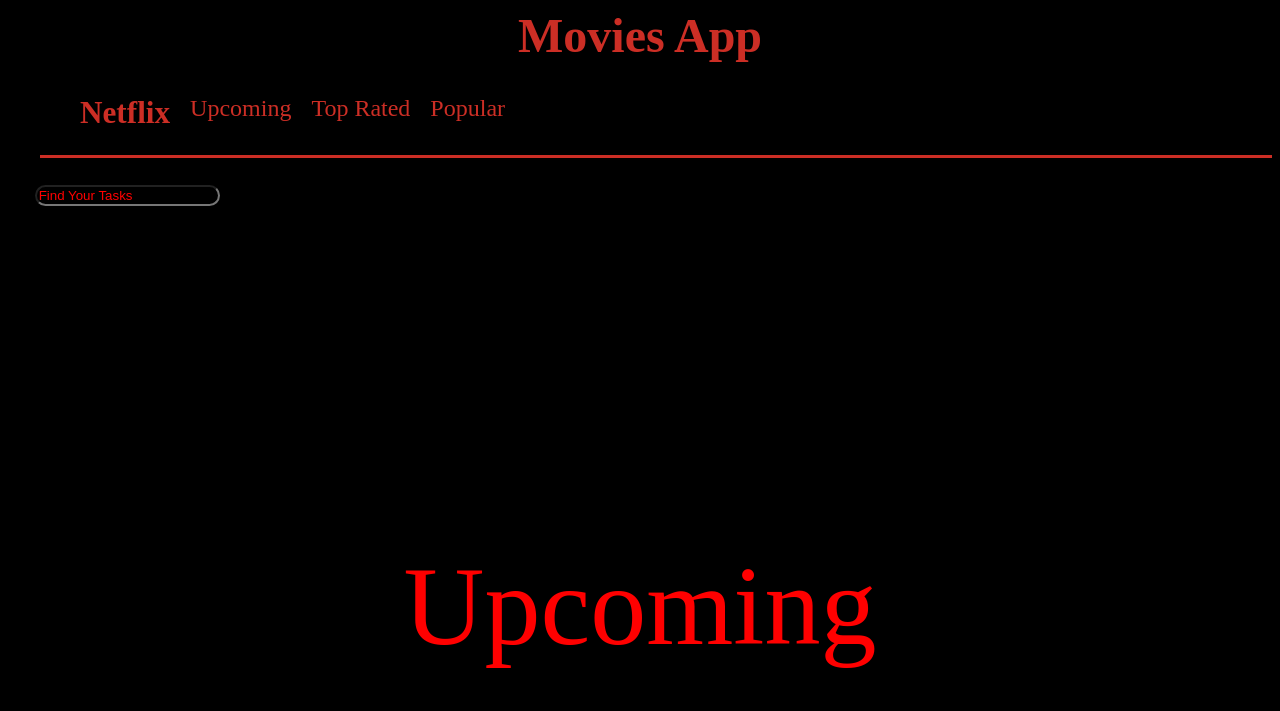
Repository: runner855/movie-app
Page: /
An editor plug-in stored every save of this project. The page is shown before and after the next save, followed by the edit.
The browser window is 1280 px wide. The pictures show the whole page.
The project was rebuilt for these pictures with package versions that can differ from the ones it lists, and the page was loaded fresh each time. Also part of the build but not shown: src/styles/TopRated.css, src/components/TopRated.tsx, src/styles/Popular.css, src/components/Popular.tsx.

Above is the page before, as saved 2022-11-16 17:35:16.

After the next save:
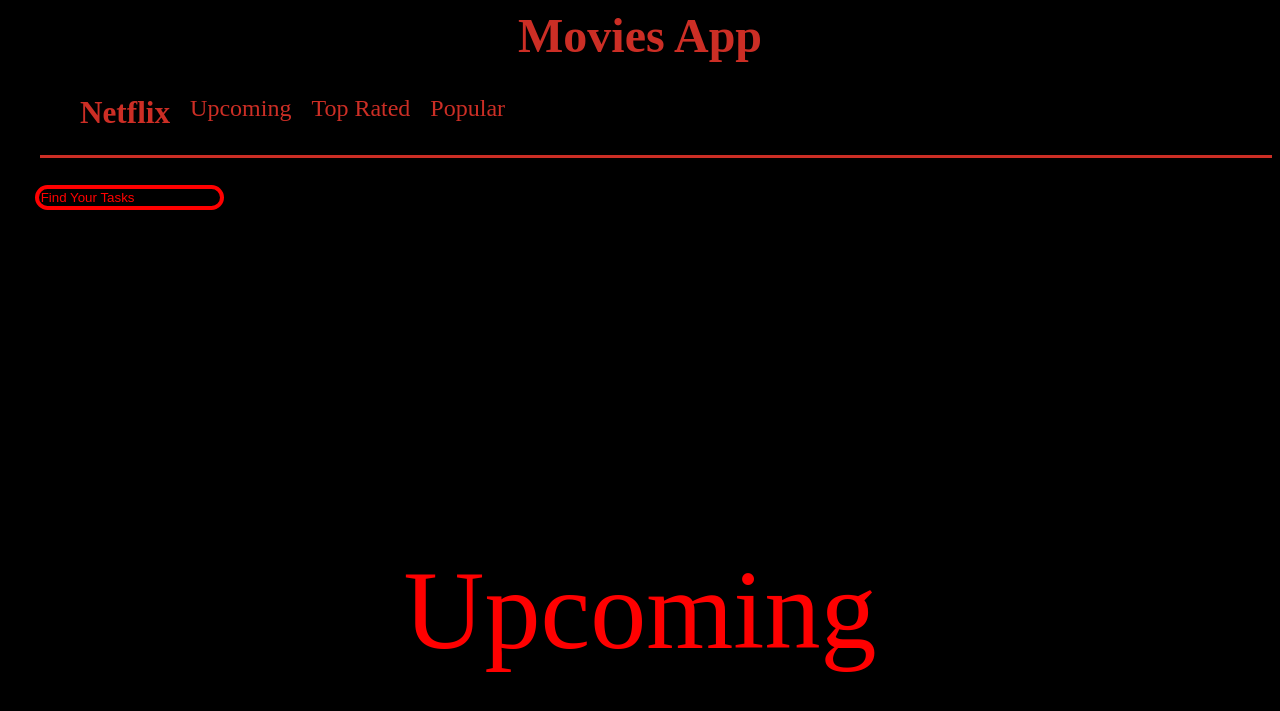
Saved 5 s later.
--- a/src/styles/MoviesFilter.css
+++ b/src/styles/MoviesFilter.css
@@ -4,7 +4,7 @@
 }
 
 input {
-  border: solid red 0.3;
+  border: solid red 0.3em;
   border-radius: 2em;
   background-color: #0000;
 }
